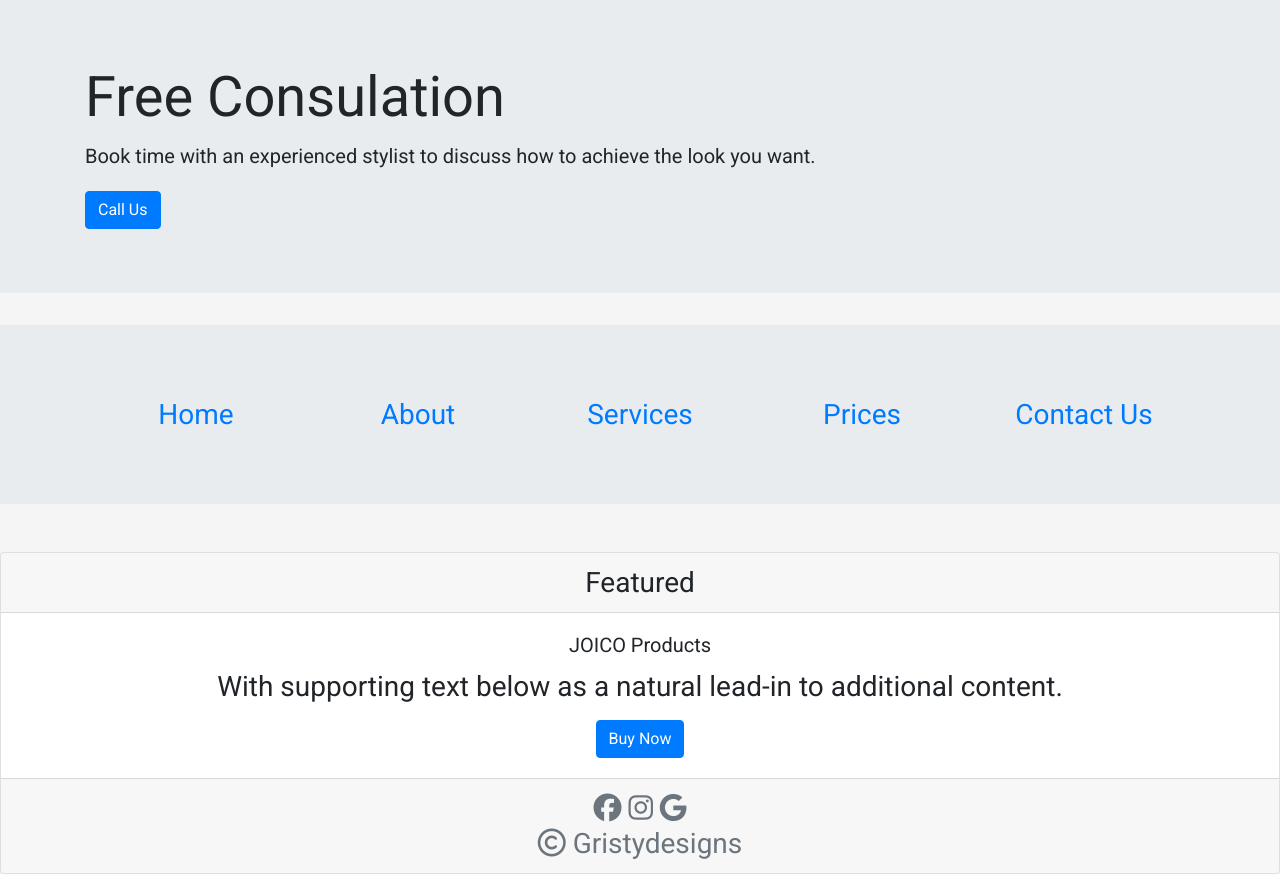
Repository: Gristydesigns/elegance-salon
Page: .c9/index.html
The author's editor kept a record of every edit. The page is drawn from the files as they stood at one moment, then again after the next edit.
The browser window is 1280 px wide. The pictures show the whole page.
Some web libraries are served in a nearby version.

Above is the page before.

### .c9/index.html
<!DOCTYPE html>
<html lang="en">

<head>
  <meta charset="UTF-8">
  <meta name="viewport" content="width=device-width, initial-scale=1.0">
  <meta http-equiv="X-UA-Compatible" content="ie=edge">
  <link rel="stylesheet" href="https://stackpath.bootstrapcdn.com/bootstrap/4.3.1/css/bootstrap.min.css" integrity="sha384-ggOyR0iXCbMQv3Xipma34MD+dH/1fQ784/j6cY/iJTQUOhcWr7x9JvoRxT2MZw1T" crossorigin="anonymous">
  <link rel="stylesheet" href="assets/css/style.css" type="text/css" />
  <script src="https://kit.fontawesome.com/d13d47f9ca.js"></script>
  <title>Elegance</title>
</head>

<body>
  <header>
    <div class="jumbotron jumbotron-fluid">
      <div class="container call to action">
        <h1 class="display-4">Free Consulation</h1>
        <p class="lead">Book time with an experienced stylist to discuss how to achieve the look you want.</p>
        <a class="btn btn-primary btn-md" href="#" role="button">Call Us</a>
      </div>
    </div>
    <div class="jumbotron jumbotron-fluid">
      <div class="container">
        <div class="row no-gutters bg-color-name-header">
          <div class="col-12">
            <ul class="nav nav-pills nav-justified">
              <li class="nav-item">
                <a class="nav-link Home" href="#">Home</a>
              </li>
              <li class="nav-item">
                <a class="nav-link About" href="#">About</a>
              </li>
              <li class="nav-item">
                <a class="nav-link Services" href="#">Services</a>
              </li>
              <li class="nav-item">
                <a class="nav-link Prices" href="#">Prices</a>
              </li>
              <li class="nav-item">
                <a class="nav-link Contact Us" href="#">Contact Us</a>
              </li>
            </ul>
          </div>
        </div>
      </div>
    </div>
    </div>
    </div>
  </header>

  <section>
    <div class="no-gutters bg-color-name-content">
      <div class="row col-md 8">
        <p information></p>
      </div>
    </div>
  </section>
  <footer>
    <div class="card text-center">
      <div class="card-header">
        Featured
      </div>
      <div class="card-body">
        <h5 class="card-title">JOICO Products</h5>
        <p class="card-text">With supporting text below as a natural lead-in to additional content.</p>
        <a href="#" class="btn btn-primary">Buy Now</a>
      </div>
      <div class="card-footer text-muted">
        <div class"row">
          <i class="fab fa-facebook"></i>
          <i class="fab fa-instagram"></i>
          <i class="fab fa-google"></i>
        </div>
        <i class="far fa-copyright" 2019 Gristydesigns"></i>
        Gristydesigns
      </div>
    </div>
  </footer>


</body>

</html>

### assets/css/style.css
@import url('https://fonts.googleapis.com/css?family=Roboto:400,700&display=swap');

body {
    width: 100%;
    height: 100%;
    background: rgb(245,245,245);
    font-family: 'Roboto', sans-serif;
    font-size: 28px;
    font-weight: 400;
    line-height: 35px;
    background-size: cover;
}

/*-- Navigation*/

.navbar-collapse {
 width:100%;
 height: 80px;
 background: rgb(255,228,225);
  }

 .collapse.navbar-collapse {
  font-weight: 700;
  color: rgb(211,211,211);
  word-spacing: 25px;
   }

.navbar-brand {
 letter-spacing:0.2em;
 font-size: 28px;
 font-weight: 700;
 color: rgb(112,128,144);
 text-align: center;
}

/* header-banner */
#header-banner {
  height: auto;
  width:100%;
  margin-left: 0;
  margin-right: 0;
  padding-top: 20px;
  padding-bottom: 0;
 }
/*-- welcome-card */

#welcome {
 color:rgb(211,211,211);
 text-align: center;
 font-weight: 400;
 background:rgb(128,128,128);
 height:auto;
 padding-top:30px;
 padding-right:30px;
 margin-left:5px;
 margin-right:15px
}

/*-- About */

#about {
 height:65vh;
 color:rgb(0,0,0);
 font-weight:400;
 text-align: center;
 padding-top:30px;
 padding-bottom:30px;
 }

 #image-about {
 height:300px;
 width:300px;
 margin:10px;
 background: rgb(211,211,211);
 }

/*-- price list */
#price {
 letter-spacing:0.2em;
 font-weight:700;
 font-size:32px;
 text-align: center;
}

.products {
 width:100%;
 height:85vh;
}
.card-footer2 {
 background:rgb(192,192,192, 0.5);
}
.card-body2 {
 background: rgb(192,192,192);

}
.card-title2 {
 text-align: center;
 font-weight:700;
}

.card-text2 {
 text-align: center;
 font-weight:700;
}
.list-group-item {
 background:rgb(255,228,225);
}

/*-- showcase images */

#gallery {
 text-align: center
}
 h3 {
  text-shadow: 2px 2px rgb(211,211,211);
  }


/*--  contact-card */

.spinner-grow {
    display: inline-block;
    vertical-align: text-bottom;
    background-color: currentColor;
    border-radius: 50%;
    opacity: 0;
    -webkit-animation: spinner-grow 1.25s linear infinite;
    animation: spinner-grow 1.75s linear infinite;
}

.contact {
 height:85vh;
 width:100%;
 padding:20px;
 }

.contact-img {
 height:400px;
 width:500px;
}

After the next edit:
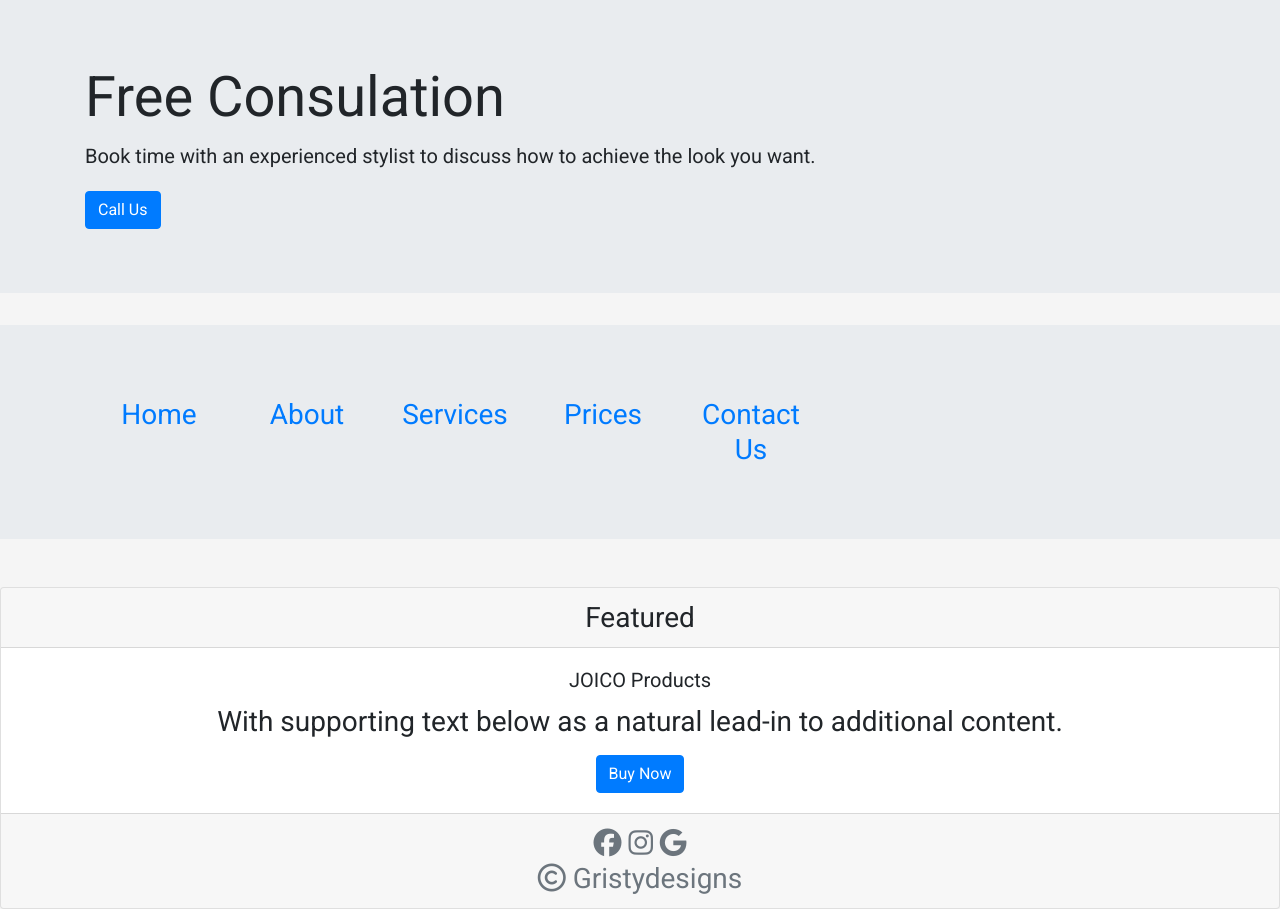
The edit:
--- a/.c9/index.html
+++ b/.c9/index.html
@@ -21,9 +21,9 @@
       </div>
     </div>
     <div class="jumbotron jumbotron-fluid">
-      <div class="container">
-        <div class="row no-gutters bg-color-name-header">
-          <div class="col-12">
+      <div class="container logo">
+        <div class="row no-gutters bg-color-name-logo">
+          <div class="col-md-8">
             <ul class="nav nav-pills nav-justified">
               <li class="nav-item">
                 <a class="nav-link Home" href="#">Home</a>
